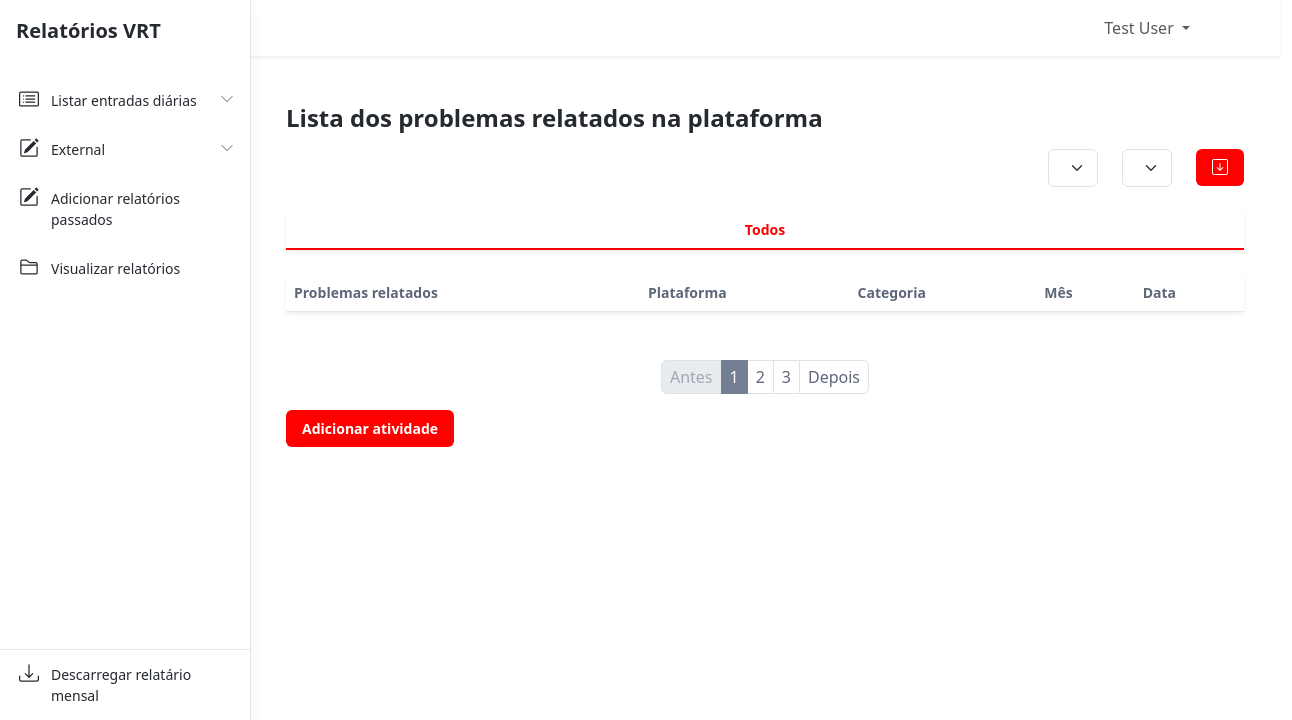
Repository: Yolanda-Marchone/Relatorios
Page: http://localhost/home
These files come from the project's save history. The page is drawn as it stood at one moment and after the next save; the edit follows.
The browser window is 1280 px wide. The page is 1292 px wide, so the pictures cover 1292 px, including what lies to the right of the window. The pictures show the whole page.
The page is served by the project's Laravel application, run on PHP 8.4 with Laravel 10. A made-up administrator, Test User (test@example.com), is signed in. Other server files are loaded and not shown. Style sheets and scripts are compiled from the project's sources, by tool versions that may differ from the author's. Queries for data that is not in the repository find no rows.

Above is the page before, as saved 2024-05-23 10:56:12.
Console error: TypeError: Cannot read properties of null (reading 'addEventListener')

### routes/web.php
<?php

use App\Models\Categorias;
use App\Models\Mes;
use App\Models\Rela_plataforma;
use App\Models\Relatorio_mensal;
use App\Models\User;
use Barryvdh\DomPDF\Facade\Pdf;
use GuzzleHttp\Psr7\Request;
use Illuminate\Support\Facades\Route;
use Dompdf\Dompdf;
use Dompdf\Options;

/*
|--------------------------------------------------------------------------
| Web Routes
|--------------------------------------------------------------------------
|
| Here is where you can register web routes for your application. These
| routes are loaded by the RouteServiceProvider and all of them will
| be assigned to the "web" middleware group. Make something great!
|
*/

Route::get('/', function () {
    return view('welcome');
});




Auth::routes();

Route::get('/home', [App\Http\Controllers\PlataformaController::class, 'exibir_dados_plataforma'])->name('layouts/plataforma')->middleware('auth');

Route::get('/lista_plataforma', [App\Http\Controllers\PlataformaController::class, 'exibir_dados_plataforma'])->name('layouts/plataforma')->middleware('auth');

Route::get('/lista_atividades', [App\Http\Controllers\AtividadesController::class, 'exibir_dados_atividade'])->name('layouts/atividade')->middleware('auth');

Route::get('/atividades', [App\Http\Controllers\AtividadesController::class, 'exibir_dados'])->name('layouts/cadastraratividade')->middleware('auth');

Route::get('/plataforma', [App\Http\Controllers\PlataformaController::class, 'exibir_dados'])->name('layouts/cadastrarplataforma')->middleware('auth');

Route::post('/submeter_plataformas', [App\Http\Controllers\PlataformaController::class, 'criar_relatorio_plataforma'])->name('layouts/plataforma');

Route::post('/submeter_atividades', [\App\Http\Controllers\AtividadesController::class, 'criar_relatorio_atividade'])->name('layouts/atividades');

Route::get('/gerarpdf', [\App\Http\Controllers\AtividadesController::class, 'download']);

Route::get('/selecionarmes', [\App\Http\Controllers\AtividadesController::class, 'selectmes'])->name('layouts/pdfatividades');

Route::get('/testeview', [App\Http\Controllers\AtividadesController::class, 'teste'])->name('layouts/relatorio_PDF')->middleware('auth');

Route::get('/pdf', [App\Http\Controllers\PlataformaController::class, 'pdf']);

Route::get('/adicionar', [App\Http\Controllers\PlataformaController::class, 'adicionar_elementos'])->name('layouts/adicionar_elementos')->middleware('auth');

Route::post('/submeter_categoria', [App\Http\Controllers\PlataformaController::class, 'criar_categoria'])->name('layouts/plataforma');

Route::post('/submeter_plataforma', [App\Http\Controllers\PlataformaController::class, 'criar_plataforma'])->name('layouts/plataforma');

Route::post('/submeter_estado', [\App\Http\Controllers\AtividadesController::class, 'criar_estado'])->name('layouts/atividades');

Route::post('/submeter_solicitante', [\App\Http\Controllers\AtividadesController::class, 'criar_solicitante'])->name('layouts/atividades');

Route::get('/editar_atividades/{id}', [\App\Http\Controllers\AtividadesController::class, 'editarAtividade'])->name('layouts/editaratividades');

Route::put('/salvar_atividades/{id}', [\App\Http\Controllers\AtividadesController::class, 'editar_atividade'])->name('layouts/atividades');

Route::delete('/apagar_atividades/{id}', [\App\Http\Controllers\AtividadesController::class, 'excluir_atividade'])->name('layouts/atividades');

Route::get('/editar_plataforma/{id}', [\App\Http\Controllers\PlataformaController::class, 'editarPlataforma'])->name('layouts/editarplataforma');

Route::put('/salvar_plataforma/{id}', [\App\Http\Controllers\PlataformaController::class, 'editar_plataforma'])->name('layouts/plataforma');

Route::delete('/apagar_plataforma/{id}', [\App\Http\Controllers\PlataformaController::class, 'excluir_plataforma'])->name('layouts/plataforma');


Route:: get ('/3', function(){
$pdf= Pdf::loadView('layouts\teste');
return $pdf->download('teste.pdf');

});




Route::get('/gerar-pdf', function () {
    // Cria uma instância do Dompdf com opções padrão
    $dompdf= new Dompdf ();


    // Renderiza a view em HTML
    $html = view('layouts\teste')->render();

    // Carrega o HTML no Dompdf
    $dompdf->loadHtml($html);

    // Define o tamanho do papel e a orientação
    $dompdf->setPaper('A4', 'portrait');

    // Renderiza o PDF
    $dompdf->render();

    // Saída do PDF
    return $dompdf->stream('relatorio.pdf');
});

### app/Models/User.php
<?php

namespace App\Models;

// use Illuminate\Contracts\Auth\MustVerifyEmail;
use Illuminate\Database\Eloquent\Factories\HasFactory;
use Illuminate\Foundation\Auth\User as Authenticatable;
use Illuminate\Notifications\Notifiable;
use Laravel\Sanctum\HasApiTokens;

class User extends Authenticatable
{
    use HasApiTokens, HasFactory, Notifiable;

    /**
     * The attributes that are mass assignable.
     *
     * @var array<int, string>
     */
    protected $fillable = [
        'name',
        'email',
        'password',
    ];

    /**
     * The attributes that should be hidden for serialization.
     *
     * @var array<int, string>
     */
    protected $hidden = [
        'password',
        'remember_token',
    ];

    /**
     * The attributes that should be cast.
     *
     * @var array<string, string>
     */
    protected $casts = [
        'email_verified_at' => 'datetime',
        'password' => 'hashed',
    ];



    public function relatorio_mensal()
    {
        return $this->hasMany(Relatorio_mensal::class);

    }


}

### app/Models/Relatorio_mensal.php
<?php

namespace App\Models;

use Illuminate\Database\Eloquent\Factories\HasFactory;
use Illuminate\Database\Eloquent\Model;

class Relatorio_mensal extends Model
{
    use HasFactory;
    protected $table = 'relatorio_mensal';
    protected $fillable = ['id', 'ano', 'id_mes', 'id_plataforma', 'id_usuario', 'id_categoria', 'descricao','disponibilidade'];


    public function meses()
{
    return $this->belongsTo(Mes::class, 'id_mes');
}

public function plataformas()
{
    return $this->belongsTo(Plataformas::class, 'id_plataforma');
}
public function categorias()
{
    return $this->belongsTo(Categorias::class, 'id_categoria');
}

public function usuarios()
{
    return $this->belongsTo(User::class, 'id_usuario');
}

}

### resources/views/layouts/app.blade.php
<!doctype html>
<html lang="{{ str_replace('_', '-', app()->getLocale()) }}">
<head>
    <meta charset="utf-8">
    <meta name="viewport" content="width=device-width, initial-scale=1">

    <!-- CSRF Token -->
    <meta name="csrf-token" content="{{ csrf_token() }}">

    <title>Relatórios</title>

    <!-- Fonts -->
    <link rel="dns-prefetch" href="//fonts.bunny.net">
    <script defer src="resources/js/all.min.js"></script>
    <link id="theme-style" rel="stylesheet" href="resources/css/ap.css">

    <!-- Scripts -->
@vite(['resources/css/ap.css', 'resources/js/app.js'])

</head>
<body>
    <div id="app">

        <nav class="navbar navbar-expand-md navbar-light bg-white shadow-sm">
            <div class="container">
                <a class="navbar-brand" href="{{ url('/') }}">

                </a>
                <button class="navbar-toggler" type="button" data-bs-toggle="collapse" data-bs-target="#navbarSupportedContent" aria-controls="navbarSupportedContent" aria-expanded="false" aria-label="{{ __('Toggle navigation') }}">
                    <span class="navbar-toggler-icon"></span>
                </button>

                <div class="collapse navbar-collapse" id="navbarSupportedContent">
                    <!-- Left Side Of Navbar -->
                    <ul class="navbar-nav me-auto">

                    </ul>

                    <!-- Right Side Of Navbar -->
                    <ul class="navbar-nav ms-auto">
                        <!-- Authentication Links -->
                        @guest
                            @if (Route::has('login'))
                                <li class="nav-item">
                                    <a class="nav-link" href="{{ route('login') }}">{{ __('Entrar') }}</a>
                                </li>
                            @endif

                            @if (Route::has('register'))
                                <li class="nav-item">
                                    <a class="nav-link" href="{{ route('register') }}">{{ __('Cadastrar') }}</a>
                                </li>
                            @endif
                        @else
                            <li class="nav-item dropdown">
                                <a id="navbarDropdown" class="nav-link dropdown-toggle" href="#" role="button" data-bs-toggle="dropdown" aria-haspopup="true" aria-expanded="false" v-pre>
                                    {{ Auth::user()->name }}
                                </a>

                                <div class="dropdown-menu dropdown-menu-end" aria-labelledby="navbarDropdown">
                                    <a class="dropdown-item" href="{{ route('logout') }}"
                                       onclick="event.preventDefault();
                                                     document.getElementById('logout-form').submit();">
                                        {{ __('Sair') }}
                                    </a>

                                    <form id="logout-form" action="{{ route('logout') }}" method="POST" class="d-none">
                                        @csrf
                                    </form>
                                </div>
                            </li>
                        @endguest
                    </ul>
                </div>
            </div>

        </nav>


        <div id="app-sidepanel" class="app-sidepanel">
	        <div id="sidepanel-drop" class="sidepanel-drop"></div>
	        <div class="sidepanel-inner d-flex flex-column">
		        <a href="#" id="sidepanel-close" class="sidepanel-close d-xl-none">&times;</a>
		        <div class="app-branding">
		            <a class="app-logo" href="{{ url('/') }}"><span class="logo-text">Relatórios VRT</span></a>

		        </div><!--//app-branding-->


			    <nav id="app-nav-main" class="app-nav app-nav-main flex-grow-1">
				    <ul class="app-menu list-unstyled accordion" id="menu-accordion">

                    <li class="nav-item has-submenu">
					        <!--//Bootstrap Icons: https://icons.getbootstrap.com/ -->
					        <a class="nav-link submenu-toggle" href="#" data-bs-toggle="collapse" data-bs-target="#submenu-1" aria-expanded="false" aria-controls="submenu-1">
						        <span class="nav-icon">
                                <svg width="1em" height="1em" viewBox="0 0 16 16" class="bi bi-card-list" fill="currentColor" xmlns="http://www.w3.org/2000/svg">
  <path fill-rule="evenodd" d="M14.5 3h-13a.5.5 0 0 0-.5.5v9a.5.5 0 0 0 .5.5h13a.5.5 0 0 0 .5-.5v-9a.5.5 0 0 0-.5-.5zm-13-1A1.5 1.5 0 0 0 0 3.5v9A1.5 1.5 0 0 0 1.5 14h13a1.5 1.5 0 0 0 1.5-1.5v-9A1.5 1.5 0 0 0 14.5 2h-13z"/>
  <path fill-rule="evenodd" d="M5 8a.5.5 0 0 1 .5-.5h7a.5.5 0 0 1 0 1h-7A.5.5 0 0 1 5 8zm0-2.5a.5.5 0 0 1 .5-.5h7a.5.5 0 0 1 0 1h-7a.5.5 0 0 1-.5-.5zm0 5a.5.5 0 0 1 .5-.5h7a.5.5 0 0 1 0 1h-7a.5.5 0 0 1-.5-.5z"/>
  <circle cx="3.5" cy="5.5" r=".5"/>
  <circle cx="3.5" cy="8" r=".5"/>
  <circle cx="3.5" cy="10.5" r=".5"/></svg>
						         </span>
                                 <span class="nav-link-text">Listar entradas diárias</span>
		                         <span class="submenu-arrow">
		                             <svg width="1em" height="1em" viewBox="0 0 16 16" class="bi bi-chevron-down" fill="currentColor" xmlns="http://www.w3.org/2000/svg">
	  <path fill-rule="evenodd" d="M1.646 4.646a.5.5 0 0 1 .708 0L8 10.293l5.646-5.647a.5.5 0 0 1 .708.708l-6 6a.5.5 0 0 1-.708 0l-6-6a.5.5 0 0 1 0-.708z"/>
	</svg>
					        </a><!--//nav-link-->
					        <div id="submenu-1" class="collapse submenu submenu-1" data-bs-parent="#menu-accordion">
						        <ul class="submenu-list list-unstyled">
                                <li class="submenu-item"><a class="submenu-link" href="{{ url('/lista_atividades') }}">Atividades</a></li>
							    <li class="submenu-item"><a class="submenu-link" href="{{ url('/lista_plataforma') }}">Plataforma</a></li>
						        </ul>
					        </div>
					    </li>
					    <li class="nav-item has-submenu">

					        <a class="nav-link submenu-toggle" href="#" data-bs-toggle="collapse" data-bs-target="#submenu-2" aria-expanded="false" aria-controls="submenu-2">
						        <span class="nav-icon">
                                <svg xmlns="http://www.w3.org/2000/svg" width="16" height="16" fill="currentColor" class="bi bi-pencil-square" viewBox="0 0 16 16">
  <path d="M15.502 1.94a.5.5 0 0 1 0 .706L14.459 3.69l-2-2L13.502.646a.5.5 0 0 1 .707 0l1.293 1.293zm-1.75 2.456-2-2L4.939 9.21a.5.5 0 0 0-.121.196l-.805 2.414a.25.25 0 0 0 .316.316l2.414-.805a.5.5 0 0 0 .196-.12l6.813-6.814z"/>
  <path fill-rule="evenodd" d="M1 13.5A1.5 1.5 0 0 0 2.5 15h11a1.5 1.5 0 0 0 1.5-1.5v-6a.5.5 0 0 0-1 0v6a.5.5 0 0 1-.5.5h-11a.5.5 0 0 1-.5-.5v-11a.5.5 0 0 1 .5-.5H9a.5.5 0 0 0 0-1H2.5A1.5 1.5 0 0 0 1 2.5z"/>
</svg>
						         </span>
		                         <span class="nav-link-text">External</span>
		                         <span class="submenu-arrow">
		                             <svg width="1em" height="1em" viewBox="0 0 16 16" class="bi bi-chevron-down" fill="currentColor" xmlns="http://www.w3.org/2000/svg">
	  <path fill-rule="evenodd" d="M1.646 4.646a.5.5 0 0 1 .708 0L8 10.293l5.646-5.647a.5.5 0 0 1 .708.708l-6 6a.5.5 0 0 1-.708 0l-6-6a.5.5 0 0 1 0-.708z"/>
	</svg>
	                             </span>
					        </a>
					        <div id="submenu-2" class="collapse submenu submenu-2" data-bs-parent="#menu-accordion">
						        <ul class="submenu-list list-unstyled">
                                <li class="submenu-item"><a class="submenu-link" href="{{ url('/lista_atividades') }}">Atividades</a></li>
							    <li class="submenu-item"><a class="submenu-link" href="{{ url('/lista_plataforma') }}">Plataforma</a></li>
						        </ul>
					        </div>
					    </li><!--//nav-item-->



                        <li class="nav-item">
					        <!--//Bootstrap Icons: https://icons.getbootstrap.com/ -->
					        <a class="nav-link" href="{{ url('/adicionar') }}">
						        <span class="nav-icon">
                                <svg xmlns="http://www.w3.org/2000/svg" width="16" height="16" fill="currentColor" class="bi bi-pencil-square" viewBox="0 0 16 16">
  <path d="M15.502 1.94a.5.5 0 0 1 0 .706L14.459 3.69l-2-2L13.502.646a.5.5 0 0 1 .707 0l1.293 1.293zm-1.75 2.456-2-2L4.939 9.21a.5.5 0 0 0-.121.196l-.805 2.414a.25.25 0 0 0 .316.316l2.414-.805a.5.5 0 0 0 .196-.12l6.813-6.814z"/>
  <path fill-rule="evenodd" d="M1 13.5A1.5 1.5 0 0 0 2.5 15h11a1.5 1.5 0 0 0 1.5-1.5v-6a.5.5 0 0 0-1 0v6a.5.5 0 0 1-.5.5h-11a.5.5 0 0 1-.5-.5v-11a.5.5 0 0 1 .5-.5H9a.5.5 0 0 0 0-1H2.5A1.5 1.5 0 0 0 1 2.5z"/>
</svg>
						         </span>
                                 <span class="nav-link-text">Adicionar relatórios passados</span>

					        </a><!--//nav-link-->
                            <div id="submenu-2" class="collapse submenu submenu-2" data-bs-parent="#menu-accordion">
						        <ul class="submenu-list list-unstyled">
                                <li class="submenu-item"><a class="submenu-link" href="{{ url('/lista_atividades') }}">Atividades</a></li>
							    <li class="submenu-item"><a class="submenu-link" href="{{ url('/lista_plataforma') }}">Plataforma</a></li>
						        </ul>
					        </div>
					    </li><!--//nav-item-->           <li class="nav-item">
					        <!--//Bootstrap Icons: https://icons.getbootstrap.com/ -->
					        <a class="nav-link" href="{{ url('/adicionar') }}">
						        <span class="nav-icon">
                                <svg xmlns="http://www.w3.org/2000/svg" width="16" height="16" fill="currentColor" class="bi bi-folder2" viewBox="0 0 16 16">
  <path d="M1 3.5A1.5 1.5 0 0 1 2.5 2h2.764c.958 0 1.76.56 2.311 1.184C7.985 3.648 8.48 4 9 4h4.5A1.5 1.5 0 0 1 15 5.5v7a1.5 1.5 0 0 1-1.5 1.5h-11A1.5 1.5 0 0 1 1 12.5zM2.5 3a.5.5 0 0 0-.5.5V6h12v-.5a.5.5 0 0 0-.5-.5H9c-.964 0-1.71-.629-2.174-1.154C6.374 3.334 5.82 3 5.264 3zM14 7H2v5.5a.5.5 0 0 0 .5.5h11a.5.5 0 0 0 .5-.5z"/>
</svg>

</svg>
						         </span>

                                 <span class="nav-link-text">Visualizar relatórios</span>
					        </a><!--//nav-link-->
					    </li><!--//nav-item-->



					        </a><!--//nav-link-->
					    </li><!--//nav-item-->
				    </ul><!--//app-menu-->
			    </nav><!--//app-nav-->



			    <div class="app-sidepanel-footer">
				    <nav class="app-nav app-nav-footer">
					    <ul class="app-menu footer-menu list-unstyled">
						   <li class="nav-item">
						        <!--//Bootstrap Icons: https://icons.getbootstrap.com/ -->
						        <a class="nav-link" href="/lista_plataforma">
							        <span class="nav-icon">
							            <svg width="1em" height="1em" viewBox="0 0 16 16" class="bi bi-download" fill="currentColor" xmlns="http://www.w3.org/2000/svg">
	  <path fill-rule="evenodd" d="M.5 9.9a.5.5 0 0 1 .5.5v2.5a1 1 0 0 0 1 1h12a1 1 0 0 0 1-1v-2.5a.5.5 0 0 1 1 0v2.5a2 2 0 0 1-2 2H2a2 2 0 0 1-2-2v-2.5a.5.5 0 0 1 .5-.5z"/>
	  <path fill-rule="evenodd" d="M7.646 11.854a.5.5 0 0 0 .708 0l3-3a.5.5 0 0 0-.708-.708L8.5 10.293V1.5a.5.5 0 0 0-1 0v8.793L5.354 8.146a.5.5 0 1 0-.708.708l3 3z"/>
	</svg>
							        </span>
			                        <span class="nav-link-text">Descarregar relatário mensal</span>
						        </a><!--//nav-link-->
						    </li><!--//nav-item-->


					    </ul><!--//footer-menu-->
				    </nav>
			    </div><!--//app-sidepanel-footer-->

	        </div><!--//sidepanel-inner-->
	    </div><!--//app-sidepanel-->

        <main class="py-4">
            @yield('content')
        </main>
    </div>
</body>
</html>

Loaded but not shown: app/Http/Controllers/Auth/ConfirmPasswordController.php (common file); app/Http/Controllers/Controller.php (common file); resources/css/ap.css (library); app/Http/Controllers/PlataformaController.php (427 lines, source omitted); resources/views/layouts/plataforma.blade.php (222 lines, source omitted)

After the next save:
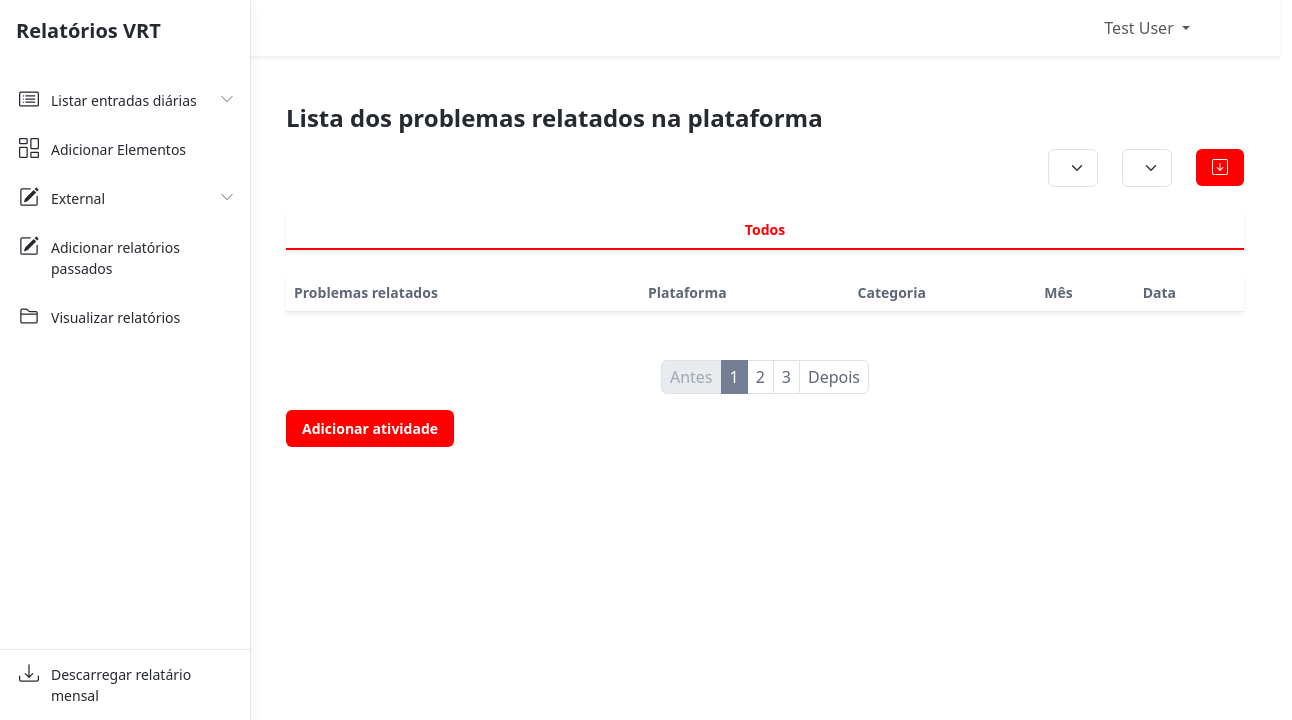
Saved 4 s later.
--- a/resources/views/layouts/app.blade.php
+++ b/resources/views/layouts/app.blade.php
@@ -114,6 +114,21 @@
 						        </ul>
 					        </div>
 					    </li>
+
+                        <li class="nav-item">
+					        <!--//Bootstrap Icons: https://icons.getbootstrap.com/ -->
+					        <a class="nav-link" href="{{ url('/adicionar') }}">
+						        <span class="nav-icon">
+                                <svg width="1em" height="1em" viewBox="0 0 16 16" class="bi bi-columns-gap" fill="currentColor" xmlns="http://www.w3.org/2000/svg">
+	  <path fill-rule="evenodd" d="M6 1H1v3h5V1zM1 0a1 1 0 0 0-1 1v3a1 1 0 0 0 1 1h5a1 1 0 0 0 1-1V1a1 1 0 0 0-1-1H1zm14 12h-5v3h5v-3zm-5-1a1 1 0 0 0-1 1v3a1 1 0 0 0 1 1h5a1 1 0 0 0 1-1v-3a1 1 0 0 0-1-1h-5zM6 8H1v7h5V8zM1 7a1 1 0 0 0-1 1v7a1 1 0 0 0 1 1h5a1 1 0 0 0 1-1V8a1 1 0 0 0-1-1H1zm14-6h-5v7h5V1zm-5-1a1 1 0 0 0-1 1v7a1 1 0 0 0 1 1h5a1 1 0 0 0 1-1V1a1 1 0 0 0-1-1h-5z"/>
+	</svg>
+
+</svg>
+						         </span>
+		                         <span class="nav-link-text">Adicionar Elementos</span>
+
+					        </a><!--//nav-link-->
+					    </li><!--//nav-item-->
 					    <li class="nav-item has-submenu">
 
 					        <a class="nav-link submenu-toggle" href="#" data-bs-toggle="collapse" data-bs-target="#submenu-2" aria-expanded="false" aria-controls="submenu-2">
